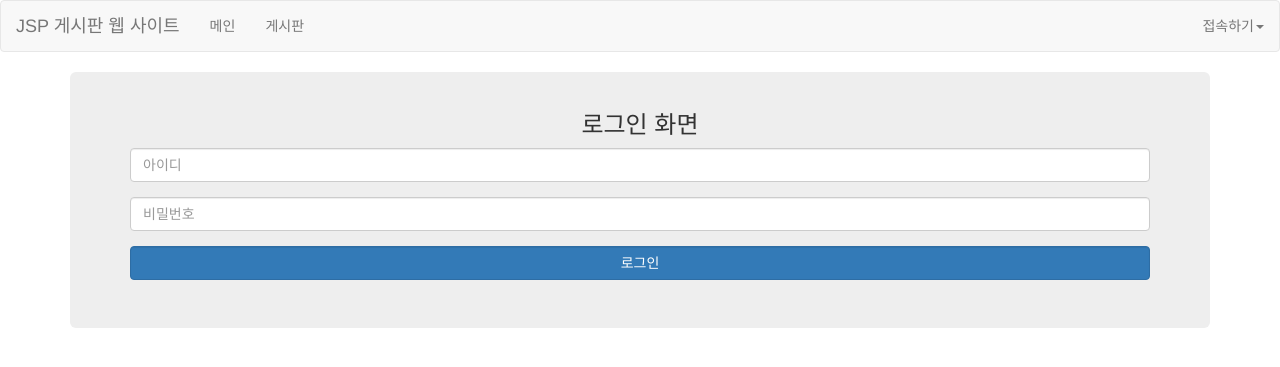
Repository: lihs3443/JSP-Board-System
Page: http://localhost/BBS/join.jsp
The author's editor kept a copy of each file at every save. The page is drawn from the files as they stood at one save, then again after the next save.
The browser window is 1280 px wide. The pictures show the whole page.
Some web libraries are served in a nearby version. The page is served by Tomcat 9.

Above is the page before, as saved 2022-09-19 08:55:30.

After the next save:
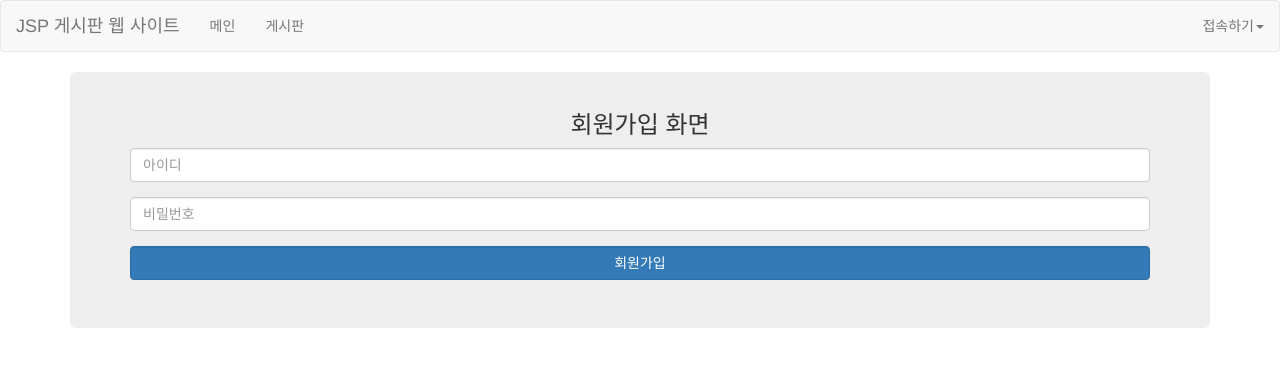
Saved 7 min 47 s later.
--- a/BBS/WebContent/join.jsp
+++ b/BBS/WebContent/join.jsp
@@ -44,14 +44,14 @@
 		<div class="col=lg-4"></div>
 			<div class="jumbotron" style="padding-top: 20px;">
 			<form method="post" action="loginAction.jsp"> <!-- method="post" - 정보를 숨기면서 보낼 때 사용 -->
-				<h3 style="text-align: center;">로그인 화면</h3>
+				<h3 style="text-align: center;">회원가입 화면</h3>
 				<div class="form-group">
 					<input type="text" class="form-control" placeholder="아이디" name="userID" maxlength="20"> <!-- placeholder : 아무것도 입력되지 않았을 때 나오는 문구 -->
 				</div>
 				<div class="form-group">
 					<input type="password" class="form-control" placeholder="비밀번호" name="userPassword" maxlength="20">
 				</div>
-				<input type="submit" class="btn btn-primary form-control" value="로그인"> <!-- value: 로그인 버튼이라고 알려주는 것 -->
+				<input type="submit" class="btn btn-primary form-control" value="회원가입">
 			</form>
 			</div>
 		<div class="col=lg-4"></div>
